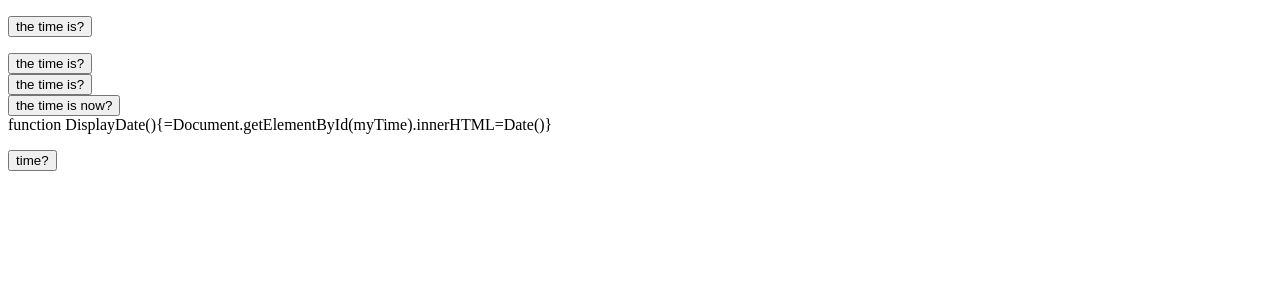
Repository: Dauddaniel/my-clock
Page: Bulb/Event.html
The author's editor kept a copy of each file at every save. The page is drawn from the files as they stood at one save, then again after the next save.
The browser window is 1280 px wide. The pictures show the whole page.

Above is the page before, as saved 2023-05-18 08:31:23.

### Bulb/Event.html
<!DOCTYPE html>
<html lang="en">
<head>
    <meta charset="UTF-8">
    <meta http-equiv="X-UA-Compatible" content="IE=edge">
    <meta name="viewport" content="width=device-width, initial-scale=1.0">
    <title>Document</title>
</head>
<body>
    <p id="myTime"></p>

    <button onclick="document.getElementById (demo).innerHTML=date()"> the time is?</button><br>

    <p id="demo"></p>
    <button onclick="this.innerHTML=Date()">the time is?</button><br>
    <button onclick="Document.getElementById(demo).innerHTML=Date()">the time is?</button><br>
    <button onclick="DisplayDate()">the time is now?</button><br>
    <audio src="audio.mp3" control muted>sorry your browser does not support embedding audio.</audio>

        function DisplayDate(){=Document.getElementById(myTime).innerHTML=Date()}

    <p id="onmouse"></p>
    <button onmouseout="document.getElementById(onMouse).innerHTML=Date()">time?</button>

</body>
</html>

After the next save:
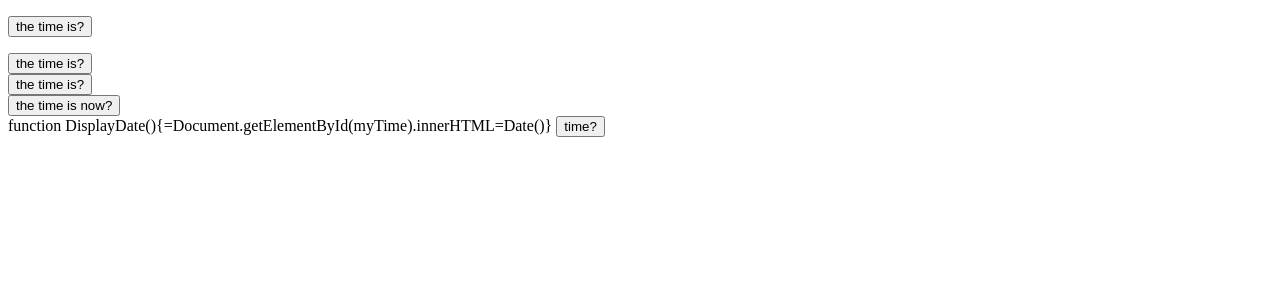
Saved 11 s later.
--- a/Bulb/Event.html
+++ b/Bulb/Event.html
@@ -19,7 +19,7 @@
 
         function DisplayDate(){=Document.getElementById(myTime).innerHTML=Date()}
 
-    <p id="onmouse"></p>
+
     <button onmouseout="document.getElementById(onMouse).innerHTML=Date()">time?</button>
 
 </body>
